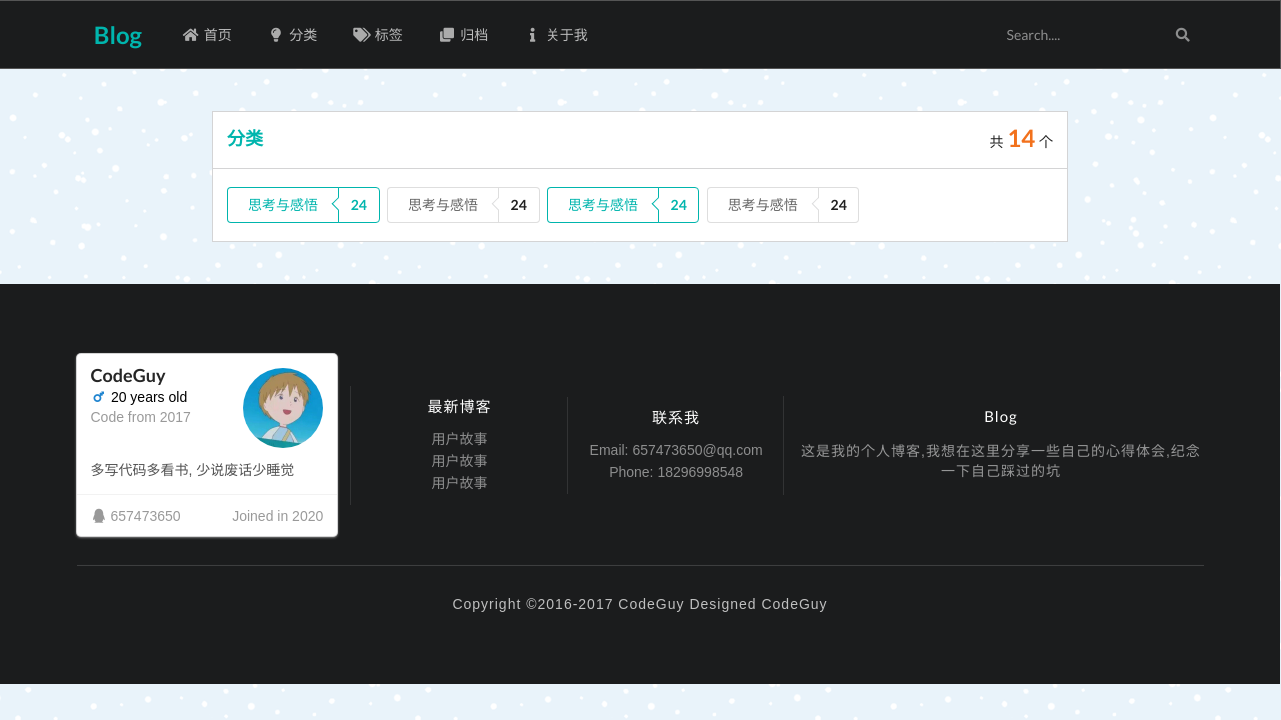
Repository: GOGOHQ/myblog
Page: types.html
An editor plug-in stored every save of this project. The page is shown before and after the next save, followed by the edit.
The browser window is 1280 px wide. The page is 1281 px wide, so the pictures cover 1281 px, including what lies to the right of the window. The pictures show the whole page.
Some web libraries are served in a nearby version.

Above is the page before, as saved 2020-01-17 18:51:14.

### types.html
<!DOCTYPE html>
<html lang="en">
<!-- shift alt + b -->

<head>
    <meta charset="UTF-8">
    <meta name="viewport" content="width=device-width, inital-scale=1.0">
    <title>首页</title>
    <link rel="stylesheet" href="static/css/me.css">
    <link rel="stylesheet" href="https://cdn.jsdelivr.net/semantic-ui/2.2.4/semantic.min.css">

</head>

<body style="background-image: url(static/images/blue-snow.png);">
<!-- 导航 -->
<nav class="ui inverted  attached  segment m-padded-tb-mini">
    <div class="ui container">
        <div class="ui secondary stackable inverted menu">
            <h2 class="ui teal header item">Blog</h2>
            <a href="#" class="m-item m-mobile-hide item"><i class="home icon"></i>首页</a>
            <a href="#" class="m-item m-mobile-hide item"><i class="idea icon"></i>分类</a>
            <a href="#" class="m-item m-mobile-hide item"><i class="tags icon"></i>标签</a>
            <a href="#" class="m-item m-mobile-hide item"><i class="clone icon"></i>归档</a>
            <a href="#" class="m-item m-mobile-hide item"><i class="info icon"></i>关于我</a>
            <div class="m-item right item m-mobile-hide">
                <div class="ui icon  inverted transparent input">
                    <input type="text" placeholder="Search....">
                    <i class="search link icon"></i>
                </div>
            </div>
        </div>
    </div>
    <a href="#" class="menu toggle ui black icon button m-top-right m-mobile-show">
        <i class="icon sidebar"></i>
    </a>
</nav>
<!-- 内容 -->
<div class="m-padded-tb-big m-small-container">
    <div class="ui container">
        <div class="ui segment attached">
            <div class="ui middle aligned two column grid">
                <div class="column">
                    <h3 class="ui teal header">分类</h3>
                </div>
                <div class="right aligned column">
                    共
                    <h2 class="ui orange header m-inline-block">14</h2>&nbsp;个
                </div>
            </div>
        </div>
        <div class="ui segment attached">
            <div class="ui labeled button m-margin-tb-tiny">
                <a class="ui basic teal button">思考与感悟</a>
                <div class="ui basic teal left pointing label">24</div>
            </div>
            <div class="ui labeled button m-margin-tb-tiny">
                <a class="ui basic  button">思考与感悟</a>
                <div class="ui basic  left pointing label">24</div>
            </div>
            <div class="ui labeled button m-margin-tb-tiny">
                <a class="ui basic teal button">思考与感悟</a>
                <div class="ui basic teal left pointing label">24</div>
            </div>
            <div class="ui labeled button m-margin-tb-tiny">
                <a class="ui basic  button">思考与感悟</a>
                <div class="ui basic  left pointing label">24</div>
            </div>
        </div>
    </div>
</div>
<!-- 底部 -->
<footer class="ui inverted vertical segment  m-padded-tb-massive ">
    <div class="ui center aligned container ">
        <div class="ui inverted stackable divided grid fluid ">
            <div class="four wide column left aligned ">
                <div class="ui fluid card ">
                    <div class="content ">
                        <img class="right circular floated tiny ui image " src="static/images/avatar.jpg ">
                        <div class="header ">
                            CodeGuy
                        </div>
                        <div class="meta ">
                            <i class="icon blue mars stroke " style="margin:0px "></i>
                            <text style="color:black; ">20 years old</text>
                        </div>
                        <div class="meta ">
                            Code from 2017
                        </div>
                        <div class="description ">
                            多写代码多看书, 少说废话少睡觉
                        </div>
                    </div>
                    <div class="extra content ">
                        <a>
                            <i class="qq icon "></i>657473650
                        </a>
                        <span class="right floated ">
                                    Joined in 2020
                                  </span>
                    </div>
                </div>
            </div>
            <div class="center middle aligned three wide column ">
                <h4 class="ui inverted header m-text-thin m-text-spaced ">最新博客</h4>
                <div class="ui inverted link list ">
                    <a href="# " class="item ">用户故事</a>
                    <a href="# " class="item ">用户故事</a>
                    <a href="# " class="item ">用户故事</a>
                </div>
            </div>
            <div class="center aligned three wide column middle aligned ">
                <h4 class="ui inverted header m-text-thin m-text-spaced ">联系我</h4>
                <div class="ui inverted link list ">
                    <a href="# " class="item ">Email: 657473650@qq.com</a>
                    <a href="# " class="item ">Phone: 18296998548</a>

                </div>
            </div>
            <div class="six wide middle aligned column ">
                <h4 class="ui inverted header m-text-thin m-text-spaced ">Blog</h4>
                <p class="m-text-thin m-text-spaced m-text-tiny-opacity ">这是我的个人博客,我想在这里分享一些自己的心得体会,纪念一下自己踩过的坑</p>
            </div>
        </div>
        <div class="ui inverted section divider "></div>
        <p class="m-text-thin m-text-spaced m-text-mini-opacity ">Copyright ©2016-2017 CodeGuy Designed CodeGuy</p>
    </div>
</footer>
</body>
<script src="https://cdn.jsdelivr.net/npm/jquery@3.2/dist/jquery.min.js"></script>
<script src="https://cdn.jsdelivr.net/semantic-ui/2.2.4/semantic.min.js"></script>
<script>
    $('.menu.toggle').click(function () {
        $('.m-item').fadeToggle().toggleClass('m-mobile-hide')
    });
</script>


</html>

### static/css/me.css
/* postion */

.m-top-right {
    position: absolute !important;
    top: 0;
    right: 0;
}


/*margin*/

.m-margin-tb-tiny {
    margin-top: 0.3em !important;
    margin-bottom: 0.3em !important;
}

.m-margin-top-small {
    margin-top: 0.5em !important;
}

.m-margin-top-large {
    margin-top: 2em !important;
}

.m-margin-top {
    margin-top: 1em !important;
}

body {
    font-family: "WenQuanYi Micro Hei", sans-serif !important;
}


/* padding */

.m-padded-lr-responsive {
    padding-left: 3.5em !important;
    padding-right: 3.5em !important;
}

.m-padded-mini {
    padding: 0.2em !important;
}

.m-padded-tiny {
    padding: 0.3em !important;
}

.m-padded-small {
    padding: 0.5em !important;
}

.m-padded-tb-mini {
    padding-top: 0.2em !important;
    padding-bottom: 0.2em !important;
}

.m-padded-top-middle {
    padding-top: 40px !important
}

.m-padded-tb-massive {
    padding-top: 5em !important;
    padding-bottom: 5em !important;
}

.m-padded-tb-large {
    padding-top: 2em !important;
    padding-bottom: 2em !important;
}

.m-padded-tb-big {
    padding-top: 3em !important;
    padding-bottom: 3em !important;
}

.m-padded-tb-tiny {
    padding-top: 0.3em !important;
    padding-bottom: 0.3em !important;
}

.m-padded-tb-huge {
    padding-top: 4em !important;
    padding-bottom: 4em !important;
}

.m-padded-tb {
    padding-top: 1em !important;
    padding-bottom: 1em !important;
}

.m-padded-tb-small {
    padding-top: 0.5em !important;
    padding-bottom: 0.5em !important;
}


/* color */

.m-black {
    color: #333 !important;
}


/* text */

.m-label-text {
    line-height: 1.6 !important;
    font-weight: 550 !important;
    letter-spacing: 1px !important;
    opacity: 0.85 !important;
}

.m-text-thin {
    font-weight: 400 !important
}

.m-text-spaced {
    letter-spacing: 1px !important
}

.m-text-lined {
    line-height: 1.8 !important
}

.m-text-mini-opacity {
    opacity: 0.8 !important
}

.m-text-tiny-opacity {
    opacity: 0.6 !important
}

.m-text {
    line-height: 1.6 !important;
    font-weight: 400 !important;
    letter-spacing: 1px !important;
    opacity: 0.8 !important
}

.m-info-text {
    line-height: 1.6 !important;
    font-weight: 600 !important;
    letter-spacing: 1px !important;
    opacity: 0.8 !important;
    color: #333 !important;
}


/* display */

.m-inline-block {
    display: inline-block !important;
}


/* container */

.m-container {
    max-width: 78em !important;
    margin: auto !important;
}

.m-small-container {
    max-width: 61em !important;
    margin: auto !important;
}

.m-mobile-show {
    display: none !important;
}

.sbtn {
    margin: 0 !important;
    margin-right: 120px !important;
}

@media screen and (max-width: 768px) {
    .m-mobile-hide {
        display: none !important;
    }

    .m-mobile-show {
        display: block !important;
    }

    .m-padded-lr-responsive {
        padding-left: 0 !important;
        padding-right: 0 !important;
    }

    .sbtn {
        margin-top: 10px !important;
        margin-right: 12px !important;
        margin-left: 9px !important;
    }
}

After the next save:
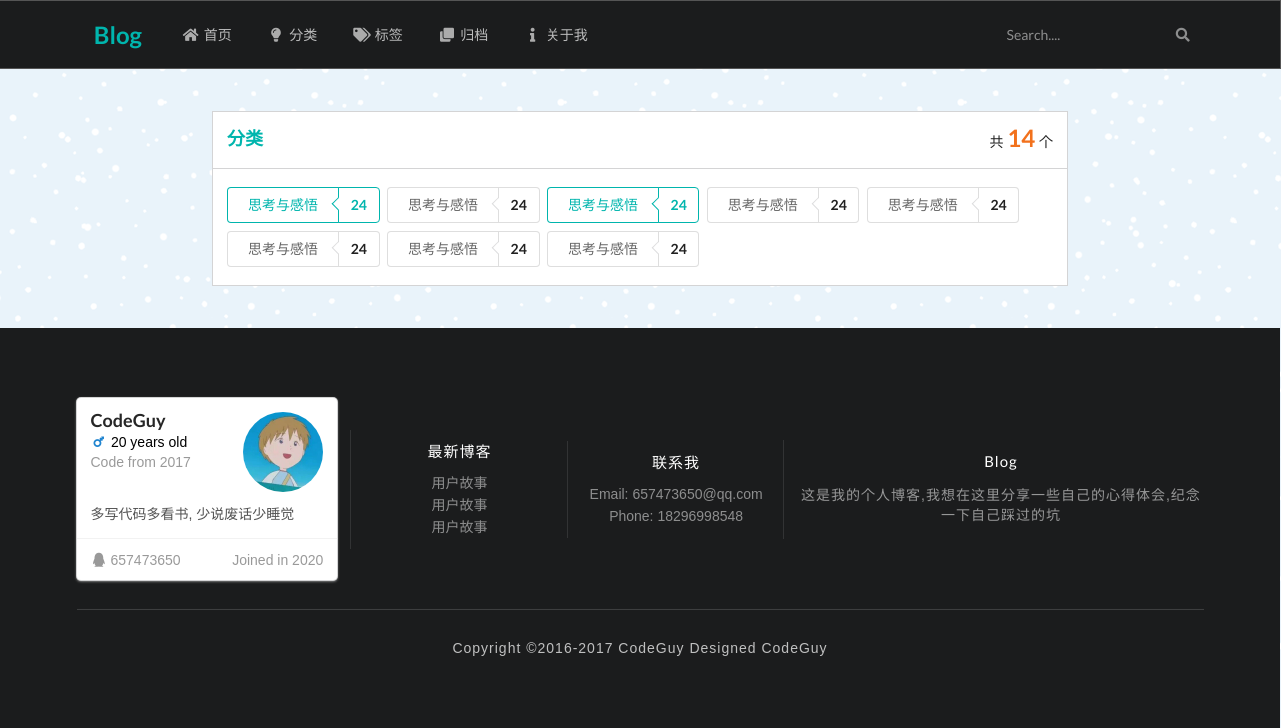
Saved 25 s later.
--- a/types.html
+++ b/types.html
@@ -60,6 +60,22 @@
             <div class="ui labeled button m-margin-tb-tiny">
                 <a class="ui basic teal button">思考与感悟</a>
                 <div class="ui basic teal left pointing label">24</div>
+            </div>
+            <div class="ui labeled button m-margin-tb-tiny">
+                <a class="ui basic  button">思考与感悟</a>
+                <div class="ui basic  left pointing label">24</div>
+            </div>
+            <div class="ui labeled button m-margin-tb-tiny">
+                <a class="ui basic  button">思考与感悟</a>
+                <div class="ui basic  left pointing label">24</div>
+            </div>
+            <div class="ui labeled button m-margin-tb-tiny">
+                <a class="ui basic  button">思考与感悟</a>
+                <div class="ui basic  left pointing label">24</div>
+            </div>
+            <div class="ui labeled button m-margin-tb-tiny">
+                <a class="ui basic  button">思考与感悟</a>
+                <div class="ui basic  left pointing label">24</div>
             </div>
             <div class="ui labeled button m-margin-tb-tiny">
                 <a class="ui basic  button">思考与感悟</a>
